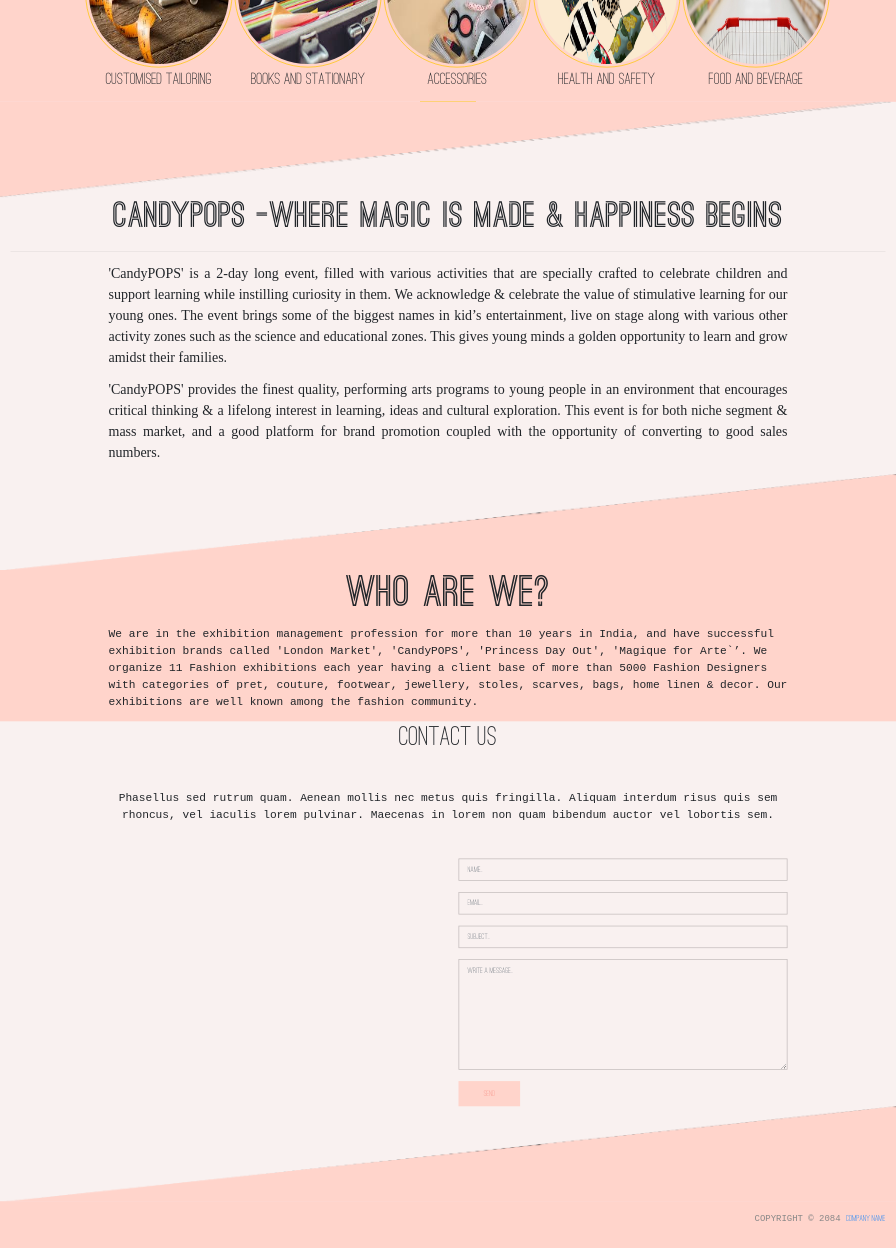
Repository: Demonster1999/newshoperrepo
Page: index.html
The author's editor kept a copy of each file at every save. The page is drawn from the files as they stood at one save, then again after a run of saves.
The browser window is 1280 px wide. The pictures show the part of the page from y = 2488 to 4408 px (the page is 4271 px tall before and 4408 px after), at 70% of full size.
Some web libraries are served in a nearby version.

Above is the page before, as saved 2020-07-21 16:03:35.
Console error: TypeError: Cannot read properties of null (reading 'getContext')

### index.html
<!DOCTYPE html>
<head>
	<meta charset="UTF-8">
	<title>London Market</title>
	<meta name="keywords" content="" />
	<meta name="description" content="" />
    <meta name="viewport" content="width=device-width, initial-scale=1.0">
    <!--
    	Roller Template
		http://www.london-market.com/preview/london-market_424_roller
	-->
	<link rel="stylesheet" href="https://fonts.googleapis.com/css2?family=Great+Vibes">
	<link href="http://fonts.googleapis.com/css?family=Open+Sans:300,400,700" rel="stylesheet" type="text/css">
	<!-- <link href="css/font-awesome.min.css" rel="stylesheet">FontAwesome Icons -->
	<link rel="stylesheet" href="https://cdnjs.cloudflare.com/ajax/libs/font-awesome/5.14.0/css/all.min.css"
		integrity="sha512-1PKOgIY59xJ8Co8+NE6FZ+LOAZKjy+KY8iq0G4B3CyeY6wYHN3yt9PW0XpSriVlkMXe40PTKnXrLnZ9+fkDaog=="
		crossorigin="anonymous" />
	<link rel="stylesheet" href="https://maxcdn.bootstrapcdn.com/bootstrap/4.0.0/css/bootstrap.min.css" integrity="sha384-Gn5384xqQ1aoWXA+058RXPxPg6fy4IWvTNh0E263XmFcJlSAwiGgFAW/dAiS6JXm" crossorigin="anonymous">
	<link rel="stylesheet" href="fonts/ostrich-sans.css">
	<link href="css/LondonMarket.css" rel="stylesheet" type="text/css">
	<link rel="stylesheet" href="css/into-to-app.css">
	<link rel="stylesheet" href="css/navbar.css">
	<link rel="stylesheet" href="css/carousel.css">

</head>
<body>
	<nav class="navbar custom-nav sticky-top p-0 m-0 ">
		<a class="navbar-brand mx-auto text-white" style="font-family: Great Vibes; font-size: 40px;" href="#">London Market</a>

	  </nav>

	<nav class="navbar third-nav navbar-expand-lg navbar-light bg-light">
		<div class="container">
			<button class="navbar-toggler navbar-toggler-icon" type="button" data-toggle="collapse" data-target="#navbarSupportedChontent"
			aria-controls="navbarSupportedContent" aria-expanded="false" aria-label="Toggle navigation">
			<span class=""></span>
		</button>


		<div class="collapse navbar-collapse" id="navbarSupportedContent">
			<ul class="navbar-nav  mr-auto text-center">

				<li class="nav-item">
					<a class=" " href="#">Register</a>
				</li>
				<li class="nav-item ">
					<a class="" href="#">login</a>
				</li>


		</div>
		<div class="  mr-auto ">
			<!-- social icons  -->
			<button class="fab fa-facebook-f"></button>
			<button class="fab fa-twitter"></button>
			<button class="fab fa-linkedin-in"></button>
			<button class="fab fa-instagram"></button>
			<button class="fab fa-youtube"></button>
		</div>
		</div>

	</nav>


	<!-- nav with dots  -->
	<nav class="nav">
        <ul>
            <li class="dot1 active" id="ec1" data-toggle="tooltip" data-placement="left" title="Tooltip on left"></li>
            <li class="dot2" id="ec2" data-toggle="tooltip" data-placement="left" title="Tooltip on left"></li>
            <li class="dot3" id="ec3"  data-toggle="tooltip" data-placement="left" title="Tooltip on left"></li>
			<li class="dot4" id="ec4"  data-toggle="tooltip" data-placement="left" title="Tooltip on left"></li>
			<li class="dot5" id="ec5"  data-toggle="tooltip" data-placement="left" title="Tooltip on left"></li>
			<li class="dot5" id="ec5"  data-toggle="tooltip" data-placement="left" title="Tooltip on left"></li>
        </ul>
    </nav>

		<section class="" id="home">
			<div id="demo" class="carousel slide" data-ride="carousel">
				<ul class="carousel-indicators">
					<li data-target="#demo" data-slide-to="0" class="active"></li>
					<li data-target="#demo" data-slide-to="1"></li>
					<li data-target="#demo" data-slide-to="2"></li>
					<!-- <li data-target="#demo" data-slide-to="3"></li> -->
				</ul>
				<div class="carousel-inner">
					<div class="carousel-item active">
						<img src="images/carousel/carousel1.jpg" alt="Los Angeles"   >
						<div class="carousel-caption">
							<h3>Los Angeles</h3>
							<p>We had such a great time in LA!</p>
						</div>
					</div>
					<div class="carousel-item">
						<img src="images/carousel/carousel4.jpg" alt="Chicago"  >
						<div class="carousel-caption">
							<h3>Chicago</h3>
							<p>Thank you, Chicago!</p>
						</div>
					</div>
					<div class="carousel-item">
						<img src="images/carousel/cp11.jpg" alt="Chicago" >
						<div class="carousel-caption">
							<h3>Chicago</h3>
							<p>Thank you, Chicago!</p>
						</div>
					</div>
					<!-- <div class="carousel-item">
						<img src="images/images/lmimages/Adobe_20200716_143015.png" alt="Chicago">
						<div class="carousel-caption">
							<h3>Chicago</h3>
							<p>Thank you, Chicago!</p>
						</div>
					</div> -->
					<!-- <div class="carousel-item">
						<img src="images/carousel/carousel3.jpg" alt="New York" class=" w-100" style="height: 300px; max-height: 500px;">
						<div class="carousel-caption">
							<h3>New York</h3>
							<p>We love the Big Apple!</p>
						</div>
					</div> -->
				</div>
				<a class="carousel-control-prev" href="#demo" data-slide="prev">
					<span class="carousel-control-prev-icon"></span>
				</a>
				<a class="carousel-control-next" href="#demo" data-slide="next">
					<span class="carousel-control-next-icon"></span>
				</a>
			</div>
		</section>

<section class=" intro-to-app container-fluid">
	<img src="images/tm-border-black-top.png" class="w-100 img-top" alt="">
	<div class="container-fluid text-center ">

		<img src="images/images/lmimages/lm.png" class="p-0 m-0" width=200px height="200px" alt="" >
		<h1 class="mx-auto  "> Get Shop-a-holic</h1>

		<hr>


		<div class="container ">
			<p class="lead text-justify">After a period of more than 10 successful years in exhibition management with a strong focus on the fashion and
			lifestyle industry, One Management International proudly brings to you yet another feather in its cap, ‘The London
			Market App’.
			The app is based on the simple concept of ‘Affordable Luxury’, where we strive to present creative and beautiful
			products from sellers across the world, through an intelligent and user-friendly app. We believe in the power of
			expressing oneself, as we aspire to showcase products and brands that stand apart. With our wide array of products
			ranging from clothing and accessories to home décor and furniture, we have something unique for everyone.
</p>
               <div class="row">
<div class="col-md-6 p-2 text-center">
	<a href="https://play.google.com/store/apps/details?id=com.prpwebs.londonmarket" class="h1"> <img src="images/logos/play store.png" class=" " width="160px" height="160px" alt="play">
		<center> Android</center>
	</a>
</div>
<div class="col-md-6 text-center">
	<a href="" class="h1"> <img src="images/logos/hiclipart.com.png" class=" " width="160px" height="160px" alt="app">
		<center>ios</center>
	</a>

</div>
			   </div>

		</div>
	</div>
	<img src="images/tm-border-black-bottom.png" class="w-100 imgbottom" alt="">
</section>


<section class="tm-dark-bg tm-section" id="portfolio">
			<div class="container-fluid">

<h1 style="font-weight: bold; font-size: 60px;" class="text-center"> The App Offers  </h1>
<div class="  row text-center mt-5 ">
	<div class="col-md-1"></div>
	<div class="col-md-2 text-center mt-5  ">
		<div class="tm-img-circle-border mx-auto ">
			<img src="images/category/display category/Women clothing.jpg" alt="Testimonial 1" class="img-circle tm-img-testimonial">
			<h4 class=" mt-2 "> Women clothing </h4>
		</div>
	</div>
	<div class="col-md-2 text-center mt-5 ">
		<div class="tm-img-circle-border mx-auto ">
			<img src="images/category/display category/children.jpg" alt="Testimonial 2" class="img-circle tm-img-testimonial">
			<h4 class=" mt-2 "> Children clothing</h4>
		</div>
	</div>
	<div class="col-md-2 text-center mt-5 ">
		<div class="tm-img-circle-border mx-auto ">
			<img src="images/category/display category/umens.jpeg" alt="Testimonial 3" class="img-circle tm-img-testimonial">
			<h4 class=" mt-2 "> Menswear </h4>
		</div>

	</div>
	<div class="col-md-2 text-center mt-5 ">
		<div class="tm-img-circle-border mx-auto ">
			<img src="images/category/display category/Jewellery.jpg" alt="Testimonial 4" class="img-circle tm-img-testimonial">
			<h4 class=" mt-2 "> Jewellery</h4>
		</div>
	</div>
	<div class="col-md-2 text-center mt-5 ">
		<div class="tm-img-circle-border mx-auto ">
			<img src="images/category/display category/Footwear.jpg" alt="Testimonial 5" class="img-circle tm-img-testimonial">
			<h4 class=" mt-2 "> foot wear </h4>
		</div>
	</div>
	<div class="col-md-1"></div>
</div>
<hr class="tm-author-name-underline mt-5">
<div class="  row text-center mt-5 ">
	<div class="col-md-1"></div>
	<div class="col-md-2 text-center mt54 ">
		<div class="tm-img-circle-border mx-auto ">
			<img src="images/category/display category/Decor & Linen.jpg" alt="Testimonial 1" class="img-circle tm-img-testimonial">
			<h4 class=" mt-2 "> Decor & Linen </h4>
		</div>
	</div>
	<div class="col-md-2 text-center mt-5 ">
		<div class="tm-img-circle-border mx-auto ">
			<img src="images/category/display category/Handicrafts.jpg" alt="Testimonial 2" class="img-circle tm-img-testimonial">
			<h4 class=" mt-2 "> Handicrafts </h4>
		</div>
	</div>
	<div class="col-md-2 text-center mt-5 ">
		<div class="tm-img-circle-border mx-auto  ">
			<img src="images/category/display category/Furniture.jpg" alt="Testimonial 3" class="img-circle tm-img-testimonial">
			<h4 class=" mt-2 "> Furniture</h4>
		</div>

	</div>
	<div class="col-md-2 text-center mt-5 ">
		<div class="tm-img-circle-border mx-auto ">
			<img src="images/category/display category/Beauty.jpg" alt="Testimonial 4" class="img-circle tm-img-testimonial">
			<h4 class=" mt-2 "> Beauty </h4>
		</div>
	</div>
	<div class="col-md-2 text-center mt-5 ">
		<div class="tm-img-circle-border mx-auto ">
			<img src="images/category/display category/Flowers & Gifting.jpg" alt="Testimonial 5" class="img-circle tm-img-testimonial">
			<h4 class=" mt-2 "> Flowers and Gifting </h4>
		</div>
	</div>
</div>
<hr class="tm-author-name-underline mt-5">
<div class="  row text-center mt-5 ">
	<div class="col-md-1"></div>
	<div class="col-md-2 text-center mt-5 ">
		<div class="tm-img-circle-border mx-auto ">
			<img src="images/category/display category/Customised Tailoring.jpg" alt="Testimonial 1" class="img-circle tm-img-testimonial">
			<h4 class=" mt-2 "> Customised Tailoring</h4>
		</div>
	</div>
	<div class="col-md-2 text-center mt-5 ">
		<div class="tm-img-circle-border mx-auto ">
			<img src="images/category/display category/books and stationary.jpg" alt="Testimonial 2" class="img-circle tm-img-testimonial">
			<h4 class=" mt-2 "> books and Stationary </h4>
		</div>
	</div>
	<div class="col-md-2 text-center mt-5 ">
		<div class="tm-img-circle-border mx-auto  ">
			<img src="images/category/display category/Accessories.jpg" alt="Testimonial 3" class="img-circle tm-img-testimonial">
			<h4 class=" mt-2 "> Accessories </h4>
		</div>

	</div>
	<div class="col-md-2 text-center mt-5 ">
		<div class="tm-img-circle-border mx-auto ">
			<img src="images/category/display category/health & safety.jpg" alt="Testimonial 4" class="img-circle tm-img-testimonial">
			<h4 class=" mt-2 "> Health and Safety </h4>
		</div>
	</div>
	<div class="col-md-2 text-center mt-5 ">
		<div class="tm-img-circle-border mx-auto ">
			<img src="images/category/display category/f&b.jpg" alt="Testimonial 5" class="img-circle tm-img-testimonial">
			<h4 class=" mt-2 "> Food and beverage </h4>
		</div>
	</div>
	<div class="col-md-1"></div>
</div>
<hr class="tm-author-name-underline mt-5">

					</div>
		</section> <!-- portfolio -->

<section class=" intro-to-app container-fluid">
	<img src="images/tm-border-black-top.png" class="w-100 img-top" alt="">
	<div class="container-fluid text-center ">

		<!-- <img src="images/images/lmimages/lm.png" class="p-0 m-0" width=200px height="200px" alt=""> -->
		<h1 class="mx-auto  "> CandyPOPS -Where Magic is made & Happiness begins </h1>

		<hr>


		<div class="container ">
			<p class="lead text-justify">'CandyPOPS' is a 2-day long event, filled with various activities that are specially crafted to celebrate children and
			support learning while instilling curiosity in them. We acknowledge & celebrate the value of stimulative learning for
			our young ones.
			The event brings some of the biggest names in kid’s entertainment, live on stage along with various other activity zones
			such as the science and educational zones. This gives young minds a golden opportunity to learn and grow amidst their
			families.
			</p>
			<p class="lead text-justify">'CandyPOPS' provides the finest quality, performing arts programs to young people in an environment that encourages
			critical thinking & a lifelong interest in learning, ideas and cultural exploration.
			This event is for both niche segment & mass market, and a good platform for brand promotion coupled with the opportunity
			of converting to good sales numbers.
			</p>



		</div>
	</div>
	<img src="images/tm-border-black-bottom.png" class="w-100 imgbottom" alt="">
</section>

<section class="tm-dark-bg tm-section" id="portfolio">
	<div class="container-fluid">

		<h1 style="font-weight: bold; font-size: 60px;" class="text-center"> Who are we? </h1>
		<div class="container">
<p style="font-family: 'Courier New', Courier, monospace;" class="mt-2">
	We are in the exhibition management profession for more than 10 years in India, and have successful exhibition
	brands
	called 'London Market', 'CandyPOPS', 'Princess Day Out', 'Magique for Arte`’. We organize 11 Fashion exhibitions
	each
	year having a client base of more than 5000 Fashion Designers with categories of pret, couture, footwear, jewellery,
	stoles, scarves, bags, home linen & decor. Our exhibitions are well known among the fashion community.
</p>

		</div>

	</div>

</section> <!-- portfolio -->

<section class="tm-section tm-orange-bg" id="contact" >
			<div class="container">
				<h1 class="text-uppercase text-center">Contact Us</h1>
				<p class="text-center margin-top-50">Phasellus sed rutrum quam. Aenean mollis nec metus quis fringilla. Aliquam interdum risus quis sem rhoncus, vel iaculis lorem pulvinar. Maecenas in lorem non quam bibendum auctor vel lobortis sem.</p>
				<div class="row margin-top-50">
					<div class="col-lg-6 col-md-6 col-sm-6 col-xs-12">
						<div id="map-canvas"></div>
					</div>
					<div class="col-lg-6 col-md-6 col-sm-6 col-xs-12">
						<form action="#" method="post" class="tm-contact-form">
							<div class="form-group">
								<input type="text" id="contact_name" class="form-control" placeholder="NAME..." />
							</div>
							<div class="form-group">
								<input type="text" id="contact_email" class="form-control" placeholder="EMAIL..." />
							</div>
							<div class="form-group">
								<input type="text" id="contact_subject" class="form-control" placeholder="SUBJECT..." />
							</div>
							<div class="form-group">
								<textarea id="contact_message" class="form-control" rows="8" placeholder="WRITE A MESSAGE..."></textarea>
							</div>
							<button type="submit" class="btn text-uppercase tm-dark-bg tm-orange-text tm-send-btn">Send</button>
						</form>
					</div>
				</div>
			</div>
			<img src="images/tm-border-black-bottom.png" alt="Border" class="tm-border">
		</section> <!-- contact -->


	<footer class="text-right tm-dark-bg">
		<p class="text-uppercase container small">Copyright &copy; 2084 <a href="#">Company Name</a></p>
	</footer>
	<script src="js/jquery-1.11.1.min.js" ></script>
	<!-- <script src="https://code.jquery.com/jquery-3.5.1.min.js"
		integrity="sha256-9/aliU8dGd2tb6OSsuzixeV4y/faTqgFtohetphbbj0=" crossorigin="anonymous"></script> -->
		<script src="https://cdnjs.cloudflare.com/ajax/libs/font-awesome/5.14.0/js/all.min.js"
			integrity="sha512-YSdqvJoZr83hj76AIVdOcvLWYMWzy6sJyIMic2aQz5kh2bPTd9dzY3NtdeEAzPp/PhgZqr4aJObB3ym/vsItMg=="
			crossorigin="anonymous"></script>
<script src="https://cdnjs.cloudflare.com/ajax/libs/popper.js/1.12.9/umd/popper.min.js" integrity="sha384-ApNbgh9B+Y1QKtv3Rn7W3mgPxhU9K/ScQsAP7hUibX39j7fakFPskvXusvfa0b4Q" crossorigin="anonymous"></script>
<script src="https://maxcdn.bootstrapcdn.com/bootstrap/4.0.0/js/bootstrap.min.js" integrity="sha384-JZR6Spejh4U02d8jOt6vLEHfe/JQGiRRSQQxSfFWpi1MquVdAyjUar5+76PVCmYl" crossorigin="anonymous"></script>
	<script src="js/LondonMarket.js"></script>
	<script src="js/scrollnav.js"></script>
</body>
</html>

### css/into-to-app.css
.intro-to-app{

    padding: 0;
    background-color:#F9F1F0;

}
.intro-to-app img{
    display: inline;
}
.intro-to-app h1{
    font-family: ostrich sans ;
    font-weight: bold;
    display: inline;
    font-size: 50px;

}
.intro-to-app p{
    font-family: hevletica;

}
.imgbottom{
    width: 200%;
    margin: 0;

    position: relative;

}

.img-top{
    margin: 0;
    position: relative;



}

### css/navbar.css
.custom-nav {
    background-color: #e2725b;

}
.custom-nav {
    color: #fff;
    font-size: 25px;

}

/* thirdnav  */
.third-nav a{
    color: black;
    font-family: 'Lucida Sans', 'Lucida Sans Regular', 'Lucida Grande', 'Lucida Sans Unicode', Geneva, Verdana, sans-serif;
    font-weight: bold;
    color: #e2725b;
}
.third-nav ul li{
    margin-left: 10%;
    margin-right: 10%;
}
.third-nav .fa-facebook-f,.fa-twitter,.fa-linkedin-in,.fa-instagram,.fa-youtube{
 margin-left: 5px;
  margin-right: 5px;
    color:#e2725b;

}

/* thirdnav end  */

.nav {
    position: fixed;
    top: 45%;
    bottom: 30%;
    right: 0;
	width: 60px;
	z-index: 50;
}

.nav ul {
	list-style: none;
}


.nav li {
    width: 10px;
	height: 10px;
	margin: 10px;
    border-radius: 100%;
    background-color: rosybrown;
    cursor: pointer;
    transition: .5s;
}

.dot1 {
    background-color: rgb(82, 43, 43);
}

.dot2 {
    background-color: rgb(24, 73, 44);
}

.dot3 {
    background-color: rgb(73, 58, 204);
}

.dot4 {
    background-color: rgb(58, 70, 31);
}

.active {
    box-shadow: 0 0 0 3px #fffffff1, 0 0 0 6px #000;
}

### css/carousel.css
#home .carousel-inner img {
    min-width: 100%;
    min-height: 320px;
    max-height: 500px;
    max-resolution: 0;
  }


  #home .carousel-inner .carousel-caption{
    position: absolute;
    font-size: 30px;
    background-color: rgba(0,0, 0, 0.3);
    width: 100%;
    margin: 0;
    left: 0;
    right: 0;
    height: 100%;
    top: 5px;

  }

    #home .carousel-inner .carousel-caption h3{
      position: relative;
      top: 40%;
      font-family:fantasy;

      font-size: 40px;
    }
    #home .carousel-inner .carousel-caption p{
      position: relative;
      top: 42%;
      font-family: Cambria, Cochin, Georgia, Times, 'Times New Roman', serif;

    }
    .carousel-control-prev,.carousel-control-next{
      z-index: 50;
    }

Loaded but not shown: fonts/ostrich-sans.css (common file); js/jquery-1.11.1.min.js (library); js/LondonMarket.js (359 lines, source omitted); js/scrollnav.js (48 lines, source omitted); css/LondonMarket.css (434 lines, source omitted)

After the next 2 saves:
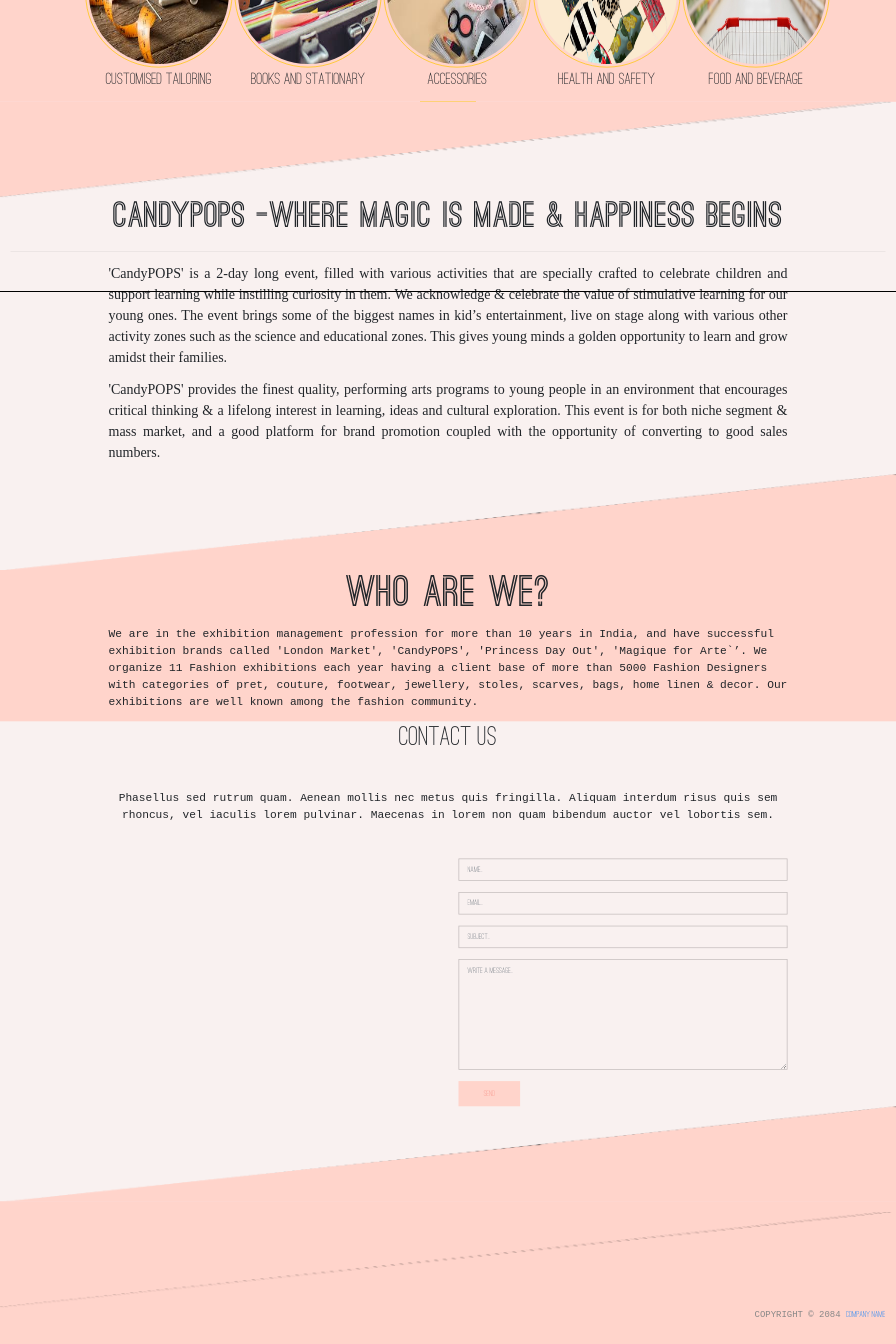
The 2 saves are shown as one change because they came seconds apart.
The last was saved 8 s later.
--- a/index.html
+++ b/index.html
@@ -365,6 +365,8 @@
 
 
 	<footer class="text-right tm-dark-bg">
+			<img src="images/tm-border-black-top.png" alt="Border" class="tm-border">
+
 		<p class="text-uppercase container small">Copyright &copy; 2084 <a href="#">Company Name</a></p>
 	</footer>
 	<script src="js/jquery-1.11.1.min.js" ></script>

After the save that followed:
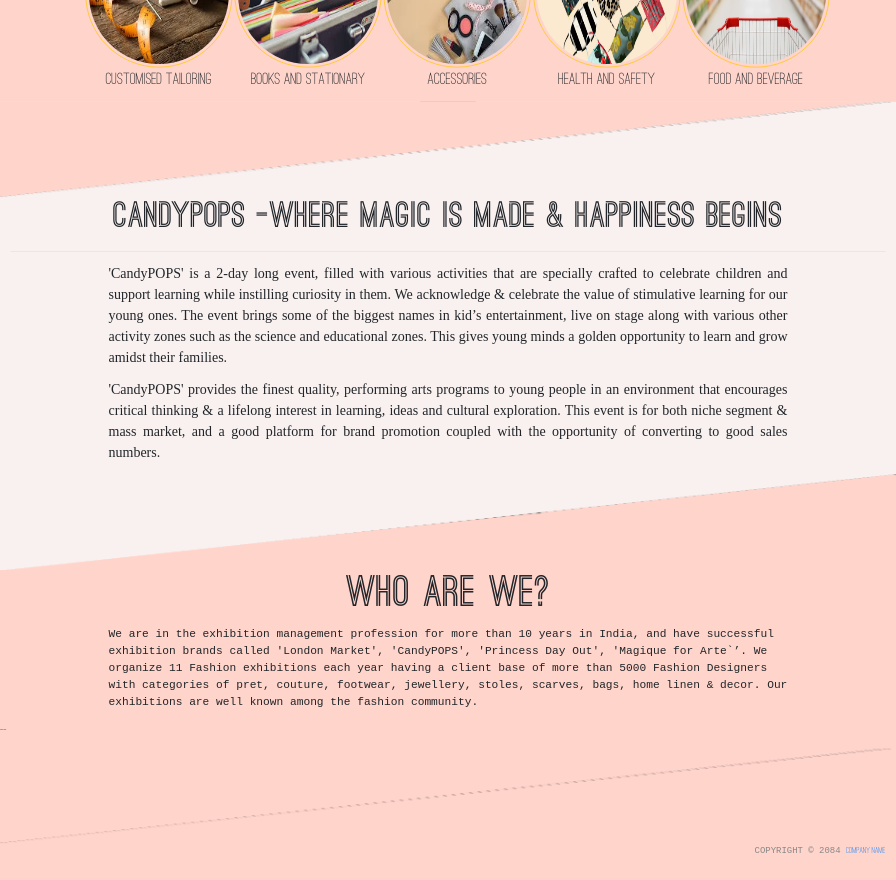
Saved 26 s later.
--- a/index.html
+++ b/index.html
@@ -332,7 +332,7 @@
 	</div>
 
 </section> <!-- portfolio -->
-
+<!--
 <section class="tm-section tm-orange-bg" id="contact" >
 			<div class="container">
 				<h1 class="text-uppercase text-center">Contact Us</h1>
@@ -363,7 +363,7 @@
 			<img src="images/tm-border-black-bottom.png" alt="Border" class="tm-border">
 		</section> <!-- contact -->
 
-
+	 -->
 	<footer class="text-right tm-dark-bg">
 			<img src="images/tm-border-black-top.png" alt="Border" class="tm-border">
 
